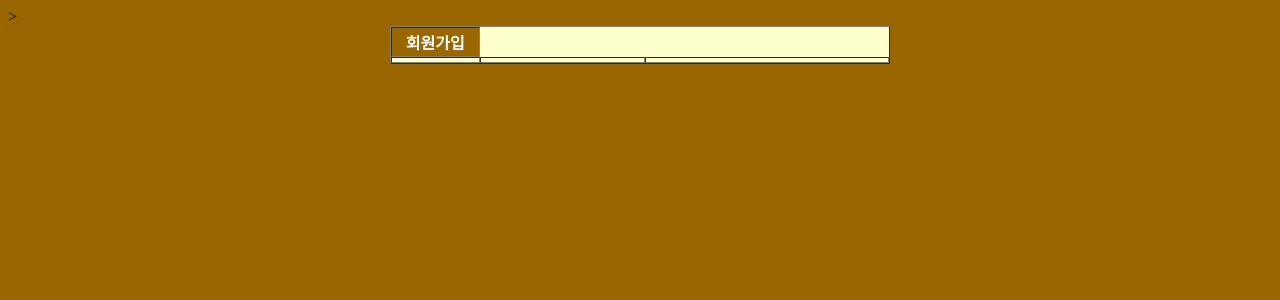
Repository: kimwoongasd/JSPAndServlet
Page: http://localhost/day1226/member.jsp
These files come from the project's save history. The page is drawn as it stood at one moment and after the next save; the edit follows.
The browser window is 1280 px wide. The pictures show the whole page.
The page is served by Tomcat 9.

Above is the page before, as saved 2023-12-26 00:32:57.

After the next save:
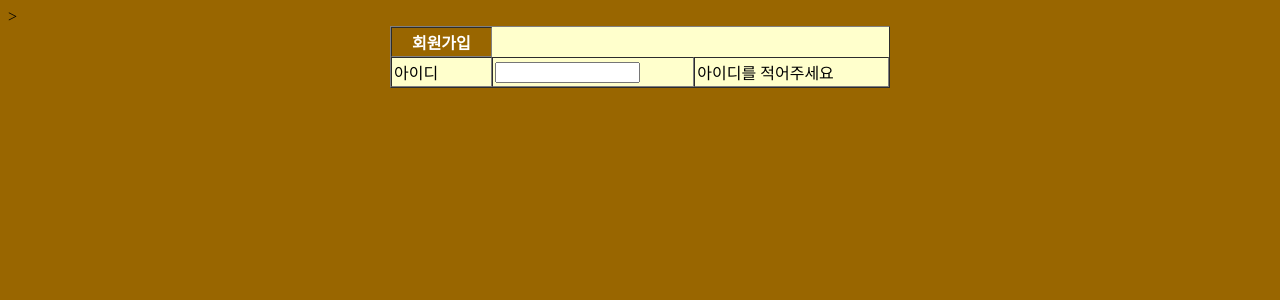
Saved 90 s later.
--- a/day1226/src/main/webapp/member.jsp
+++ b/day1226/src/main/webapp/member.jsp
@@ -18,9 +18,11 @@
 							</td>
 						</tr>
 						<tr>
-							<td width="100"></td>
-							<td width="200"></td>
-							<td width="300"></td>
+							<td width="100">아이디</td>
+							<td width="200">
+								<input type="text" name="id" size="15">
+							</td>
+							<td width="200">아이디를 적어주세요</td>
 						</tr>
 					</form>
 				</table>
